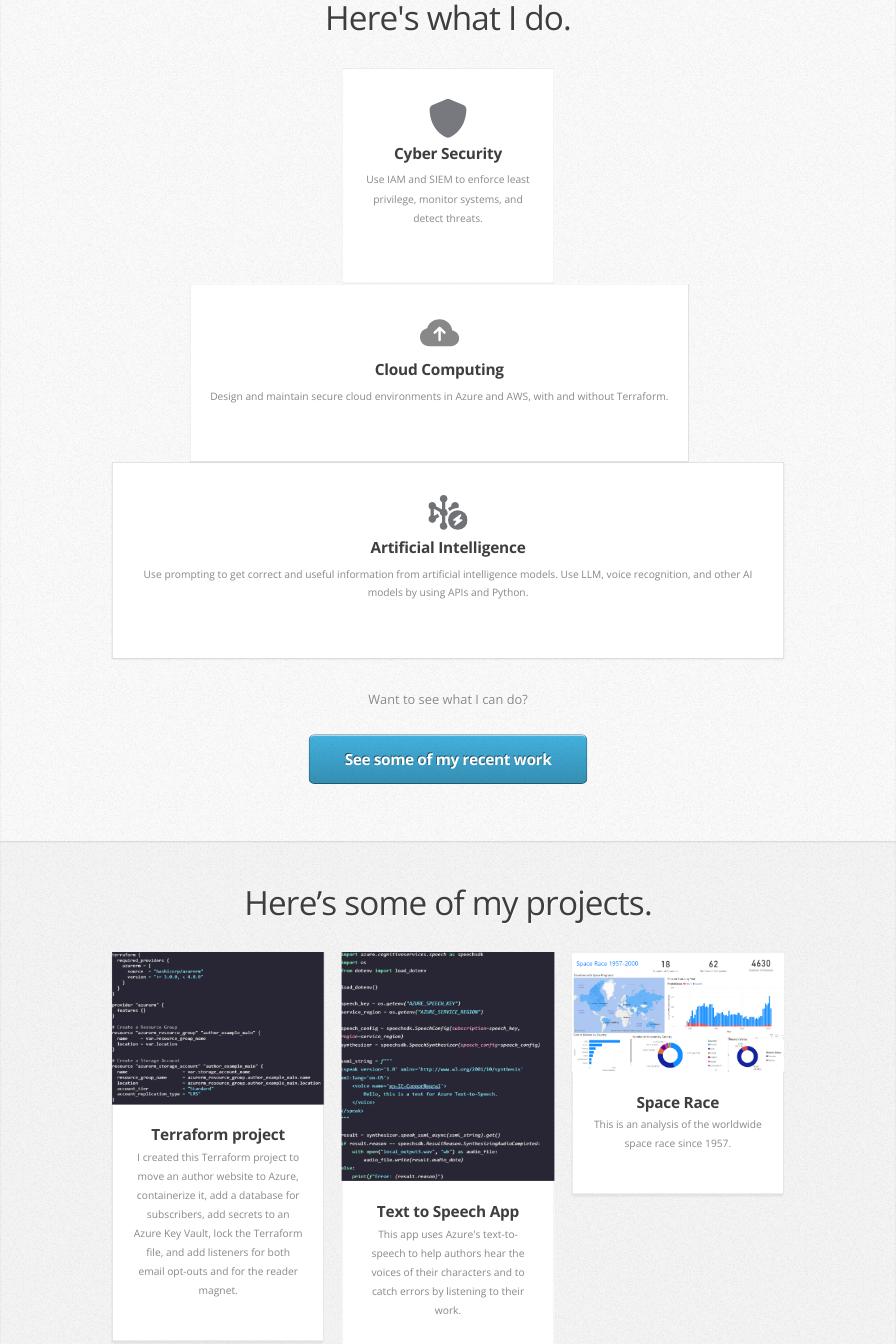
Repository: lauralstephenson/Portfolio_Personal
Page: index.html
The author's editor kept a copy of each file at every save. The page is drawn from the files as they stood at one save, then again after the next save.
The browser window is 1280 px wide. The pictures show the part of the page from y = 700 to 2620 px (the page is 4483 px tall before and 4592 px after), at 70% of full size.

Above is the page before, as saved 2026-04-21 14:23:05.

### index.html
<!DOCTYPE HTML>
<!--
	Miniport by HTML5 UP
	html5up.net | @ajlkn
	Free for personal and commercial use under the CCA 3.0 license (html5up.net/license)
-->

<html lang="en">
	<head>
		<title>Laura Stephenson Cloud Portfolio Webpage</title>
		<meta charset="utf-8">
		<meta name="viewport" content="width=device-width, initial-scale=1">
		<!-- Font Awesome -->
		<link rel="stylesheet" href="https://cdnjs.cloudflare.com/ajax/libs/font-awesome/5.15.4/css/all.min.css">
		<link rel="stylesheet" href="assets/css/main.css">
	</head>
	<body class="is-preload">

		<!-- Nav -->
			<nav id="nav">
				<ul class="container">
					<li><a href="#top">Top</a></li>
					<li><a href="#work">Work</a></li>
					<li><a href="#portfolio">Portfolio</a></li>
					<li><a href="#contact">Contact</a></li>
				</ul>
			</nav>

		<!-- Home -->
			<article id="top" class="wrapper style1">
				<div class="container">
					<div class="row">
						<div class="col-4 col-5-large col-12-medium">
							<span class="image fit"><img src="images/round_cloud_computing.png" alt="" /></span>
						</div>
						<div class="col-8 col-7-large col-12-medium">
							<header>
								<h1>Hi. I'm <strong>Laura Stephenson.</strong></h1>
							</header>
							<p><strong>I'm a cloud and cyber security practitioner, Python coder,
								and machine learning and data scientist.</strong></a></p>
							<a href="#work" class="button large scrolly">Learn about what I do</a>
						</div>
					</div>
				</div>
			</article>

		<!-- Work -->
			<article id="work" class="wrapper style2">
				<div class="container">
					<header>
						<h1>Here's what I do.</h1>
					</header>
					<div class="row aln-center equal-height">
						<div class="col-4 col-6-medium col-12-small">
							<section class="box style1">
								<div class="box-content">
									<svg xmlns="http://www.w3.org/2000/svg" height="56" width="56" viewBox="0 0 512 512">
										<!--!Font Awesome Free 6.7.2 by @fontawesome - https://fontawesome.com License - https://fontawesome.com/license/free Copyright 2025 Fonticons, Inc.-->
										<path fill="#77797e" d="M256 0c4.6 0 9.2 1 13.4 2.9L457.7 82.8c22 9.3 38.4 31 38.3 57.2c-.5 99.2-41.3 280.7-213.6 363.2c-16.7 8-36.1 8-52.8 0C57.3 420.7 16.5 239.2 16 140c-.1-26.2 16.3-47.9 38.3-57.2L242.7 2.9C246.8 1 251.4 0 256 0z"/>
									</svg>
									<h3>Cyber Security</h3>
									<p>Use IAM and SIEM to enforce least privilege, monitor systems, and detect threats.</p>
								</div>
							</section>
						</div>
							<section class="box style1">
								<div class="box-content">
									<svg xmlns="http://www.w3.org/2000/svg"
									width="56" height="56"
									fill="currentColor"
									class="bi bi-cloud-arrow-up-fill"
									viewBox="0 0 16 16">
										<path d="M8 2a5.53 5.53 0 0 0-3.594 1.342c-.766.66-1.321 1.52-1.464 2.383C1.266 6.095 0 7.555 0 9.318 0 11.366 1.708 13 3.781 13h8.906C14.502 13 16 11.57 16 9.773c0-1.636-1.242-2.969-2.834-3.194C12.923 3.999 10.69 2 8 2m2.354 5.146a.5.5 0 0 1-.708.708L8.5 6.707V10.5a.5.5 0 0 1-1 0V6.707L6.354 7.854a.5.5 0 1 1-.708-.708l2-2a.5.5 0 0 1 .708 0z"/>
									</svg>
									<h3>Cloud Computing</h3>
									<p>Design and maintain secure cloud environments in Azure and AWS, with and without Terraform.</p>
								</div>
							</section>
						</div>
						<div class="col-4 col-6-medium col-12-small">
							<section class="box style1">
								<div class="box-content">
									<svg xmlns="http://www.w3.org/2000/svg" height="56" width="56" viewBox="0 0 576 512">
										<!--!Font Awesome Free 6.7.2 by @fontawesome - https://fontawesome.com License - https://fontawesome.com/license/free Copyright 2025 Fonticons, Inc.-->
										<path fill="#6f7276" d="M248 106.6c18.9-9 32-28.3 32-50.6c0-30.9-25.1-56-56-56s-56 25.1-56 56c0 22.3 13.1 41.6 32 50.6l0 98.8c-2.8 1.3-5.5 2.9-8 4.7l-80.1-45.8c1.6-20.8-8.6-41.6-27.9-52.8C57.2 96 23 105.2 7.5 132S1.2 193 28 208.5c1.3 .8 2.6 1.5 4 2.1l0 90.8c-1.3 .6-2.7 1.3-4 2.1C1.2 319-8 353.2 7.5 380S57.2 416 84 400.5c19.3-11.1 29.4-32 27.8-52.8l50.5-28.9c-11.5-11.2-19.9-25.6-23.8-41.7L88 306.1c-2.6-1.8-5.2-3.3-8-4.7l0-90.8c2.8-1.3 5.5-2.9 8-4.7l80.1 45.8c-.1 1.4-.2 2.8-.2 4.3c0 22.3 13.1 41.6 32 50.6l0 98.8c-18.9 9-32 28.3-32 50.6c0 30.9 25.1 56 56 56c30.7 0 55.6-24.7 56-55.2c-7.5-12.9-13.5-26.8-17.6-41.5c-4.2-4-9.1-7.3-14.4-9.9l0-98.8c2.8-1.3 5.5-2.9 8-4.7l10.5 6c5.5-15.3 13.1-29.5 22.4-42.5l-9.1-5.2c.1-1.4 .2-2.8 .2-4.3c0-22.3-13.1-41.6-32-50.6l0-98.8zM440.5 132C425 105.2 390.8 96 364 111.5c-19.3 11.1-29.4 32-27.8 52.8l-50.6 28.9c11.5 11.2 19.9 25.6 23.8 41.7L360 205.9c.4 .3 .8 .6 1.3 .9c21.7-9.5 45.6-14.8 70.8-14.8c2 0 4 0 5.9 .1c12.1-17.3 13.8-40.6 2.6-60.1zM432 512a144 144 0 1 0 0-288 144 144 0 1 0 0 288zm47.9-225c4.3 3.7 5.4 9.9 2.6 14.9L452.4 356l35.6 0c5.2 0 9.8 3.3 11.4 8.2s-.1 10.3-4.2 13.4l-96 72c-4.5 3.4-10.8 3.2-15.1-.6s-5.4-9.9-2.6-14.9L411.6 380 376 380c-5.2 0-9.8-3.3-11.4-8.2s.1-10.3 4.2-13.4l96-72c4.5-3.4 10.8-3.2 15.1 .6z"/>
									</svg>
									<h3>Artificial Intelligence</h3>
									<p>Use prompting to get correct and useful information from artificial intelligence models. Use LLM, voice recognition, and other AI models by using APIs and Python.</p>
								</div>
							</section>
						</div>
					</div>
					<footer>
						<p>Want to see what I can do?</p>
						<a href="#portfolio" class="button large scrolly">See some of my recent work</a>
					</footer>
				</div>
			</article>

		<!-- Portfolio -->
			<article id="portfolio" class="wrapper style3">
				<div class="container">
					<header>
						<h1>Here’s some of my projects.</h1>
					</header>
					<div class="row aln-center equal-height">
						<div class="col-4 col-6-medium col-12-small">
							<article class="box style2">
								<div class="box-content">
									<a href="https://github.com/lauralstephenson/pseudocode_terraform_examples_for_website" class="image featured"><img src="images\terraform_portfolio_pic.png" alt="" /></a>
									<h3><a href="https://github.com/lauralstephenson/pseudocode_terraform_examples_for_website">Terraform project</a></h3>
									<p>I created this Terraform project to move an author website to Azure,
										containerize it, add a database for subscribers, add secrets to an
										Azure Key Vault, lock the Terraform file, and add listeners for both
										email opt-outs and for the reader magnet.
									</p>
								</div>
							</article>
						</div>
						<div class="col-4 col-6-medium col-12-small">
							<article class="box style2">
								<div class="box-content">
									<a href="https://github.com/lauralstephenson/cloud_py_portfolio/tree/main/Text_to_Speech" class="image featured"><img src="images\screenshot_text_to_speech_app.png" alt="" /></a>
									<h3><a href="https://github.com/lauralstephenson/cloud_py_portfolio/tree/main/Text_to_Speech">Text to Speech App</a></h3>
									<p>This app uses Azure's text-to-speech to help authors
										hear the voices of their characters and to catch errors
										by listening to their work.
									</p>
								</div>
							</article>
						</div>
						<div class="col-4 col-6-medium col-12-small">
							<article class="box style2">
								<div class="box-content">
									<a href="https://github.com/lauralstephenson/cloud_py_portfolio/tree/main/Space_Race" class="image featured"><img src="images/space_race.png" alt="" /></a>
									<h3><a href="https://github.com/lauralstephenson/cloud_py_portfolio/tree/main/Space_Race">Space Race</a></h3>
									<p>This is an analysis of the worldwide space race since 1957.</p>
								</div>
							</article>
						</div>
						<div class="col-4 col-6-medium col-12-small">
							<article class="box style2">
								<div class="box-content">
									<a href="https://github.com/lauralstephenson/cloud_py_portfolio/tree/main/Dog_Breed" class="image featured"><img src="images/dog_breed_identification_project.png" alt="" /></a>
									<h3><a href="https://github.com/lauralstephenson/cloud_py_portfolio/tree/main/Dog_Breed">Dog Breed Identification Project</a></h3>
									<p>This is a machine learning project to identify the breeds of dogs in photos.</p>
								</div>
							</article>
						</div>
						<div class="col-4 col-6-medium col-12-small">
							<article class="box style2">
								<div class="box-content">
									<a href="https://github.com/lauralstephenson/cloud_py_portfolio/tree/main/Bulldozer_Price_Regression" class="image featured"><img src="images/bulldozer_price_regression_project.png" alt="" /></a>
									<h3><a href="https://github.com/lauralstephenson/cloud_py_portfolio/tree/main/Bulldozer_Price_Regression">Bulldozer Price Regression Project</a></h3>
									<p>This is a price regression project to predict the price of bulldozers.</p>
								</div>
							</article>
						</div>
						<div class="col-4 col-6-medium col-12-small">
							<article class="box style2">
								<div class="box-content">
									<a href="https://medium.com/@lstephenson556/creating-a-text-to-speech-app-with-azure-a-writers-guide-46cbf42556f0" class="image featured"><img src="images\screenshot_medium_text_to_speech_article.png" alt="" /></a>
									<h3><a href="https://medium.com/@lstephenson556/creating-a-text-to-speech-app-with-azure-a-writers-guide-46cbf42556f0">Medium Article on the Text-to-Speech Project</a></h3>
									<p>This is the article I wrote and published on Medium for my Text-to-Speech app project.</p>
								</div>
							</article>
						</div>
						<div class="col-4 col-6-medium col-12-small">
							<article class="box style2">
								<div class="box-content">
									<a href="https://medium.com/@lstephenson556/moving-a-website-to-azure-using-terraform-an-authors-journey-1ab68dd8db76"
									class="image featured"><img src="images\screenshot_medium_terraform_azure_article.png" alt="" /></a>
									<h3><a href="https://medium.com/@lstephenson556/moving-a-website-to-azure-using-terraform-an-authors-journey-1ab68dd8db76">Medium Article on Moving a Website to Azure Using Terraform Project</a></h3>
									<p>This is the article I wrote and published on Medium for my Terraform Azure project to move a website to Azure.</p>
								</div>
							</article>
						</div>
						<div class="col-4 col-6-medium col-12-small">
							<article class="box style2">
								<div class="box-content">
									<a href="https://medium.com/@lstephenson556/cybersecurity-aspects-of-creating-an-author-website-with-terraform-12f4682b89b7"
									class="image featured"><img src="images/cybersecurity_plan_medium.png" alt="Segment of Medium article about a cybersecurity plan" /></a>
									<h3><a href="https://medium.com/@lstephenson556/cybersecurity-aspects-of-creating-an-author-website-with-terraform-12f4682b89b7">Medium Article on the Cybersecurity Aspects of the Azure Project</a></h3>
									<p>This is the article I wrote and published on Medium about the cybersecurity aspects for my Terraform Azure project to move a website to Azure.</p>
								</div>
							</article>
						</div>
						<div class="col-4 col-6-medium col-12-small">
							<article class="box style2">
								<div class="box-content">
									<a href="Cybersecurity Plan For A Small Author Business.pdf"
									class="image featured"><img src="images/cybersecurity_plan.png" alt="Snap of Cybersecurity Plan" /></a>
									<h3><a href="Cybersecurity Plan For A Small Author Business.pdf">Cybersecurity Plan for an Author's Small Business</a></h3>
									<p>This is a cybersecurity plan I developed and implemented for a small author website.</p>
								</div>
							</article>
						</div>
					</div>
					<footer>
						<p>Want to learn more?</p>
						<a href="mailto:laurastephensoncareer@gmail.com" class="button large scrolly">Get in touch with me</a>
					</footer>
				</div>
			</article>

		<!-- Contact
			<article id="contact" class="wrapper style4">
				<div class="container medium">
					<header>
						<h2>Let me build for you.</h2>
						<p>Contact me.</p>
					</header>
					<div class="row">
						<div class="col-12">
							<form method="post" action="https://<your-function-app-name>.azurewebsites.net/api/send-email">
								<div class="row">
									<div class="col-6 col-12-small">
										<input type="text" name="name" id="name" placeholder="Name" />
									</div>
									<div class="col-6 col-12-small">
										<input type="text" name="email" id="email" placeholder="Email" />
									</div>
									<div class="col-12">
										<input type="text" name="subject" id="subject" placeholder="Subject" />
									</div>
									<div class="col-12">
										<textarea name="message" id="message" placeholder="Message"></textarea>
									</div>
									<div class="col-12">
										<ul class="actions">
											<li><input type="submit" value="Send Message" /></li>
											<li><input type="reset" value="Clear Form" class="alt" /></li>
										</ul>
									</div>
								</div>
							</form>
						</div -->

						<div class="col-12 center-content footer-custom">
							<hr />
							<p class="find-me-on">Find me on...</p>
							<div class="footer-custom">
								<ul class="social">
									<li><a href="https://www.linkedin.com/in/laurastephenson82/">
										<i class="fab fa-linkedin"></i></a></li>
									<li><a href="https://github.com/lauralstephenson/">
										<i class="fab fa-github"></i></a></li>
									<li><a href="mailto:laurastephensoncareer@gmail.com">
										<i class="fas fa-envelope"></i></a></li>
								</ul>
							</div>
							<hr />
						</div>



						<footer>
							<div class="footer-custom">
								<ul id="copyright">
									<li>&copy; Laura Stephenson © 2024. All rights reserved.</li>
									<li>Design: <a href="http://html5up.net">HTML5 UP</a></li>
								</ul>
						</footer>

			<!--
								<li><a href="#" class="icon brands fa-twitter"><span class="label">Twitter</span></a></li>
								<li><a href="#" class="icon brands fa-tumblr"><span class="label">Tumblr</span></a></li>
								<li><a href="#" class="icon solid fa-rss"><span>RSS</span></a></li>
								<li><a href="#" class="icon brands fa-instagram"><span>Instagram</span></a></li>
								<li><a href="#" class="icon brands fa-foursquare"><span>Foursquare</span></a></li>
								<li><a href="#" class="icon brands fa-skype"><span>Skype</span></a></li>
								<li><a href="#" class="icon brands fa-soundcloud"><span>Soundcloud</span></a></li>
								<li><a href="#" class="icon brands fa-youtube"><span>YouTube</span></a></li>
								<li><a href="#" class="icon brands fa-blogger"><span>Blogger</span></a></li>
								<li><a href="#" class="icon brands fa-flickr"><span>Flickr</span></a></li>
								<li><a href="#" class="icon brands fa-vimeo"><span>Vimeo</span></a></li>
								-->

		<!-- Scripts -->
			<script src="assets/js/jquery.min.js"></script>
			<script src="assets/js/jquery.scrolly.min.js"></script>
			<script src="assets/js/browser.min.js"></script>
			<script src="assets/js/breakpoints.min.js"></script>
			<script src="assets/js/util.js"></script>
			<script src="assets/js/main.js"></script>

	</body>
</html>

Loaded but not shown: assets/js/jquery.min.js (library); assets/js/jquery.scrolly.min.js (common file); assets/js/browser.min.js (common file); assets/js/breakpoints.min.js (common file); assets/js/util.js (587 lines, source omitted); assets/js/main.js (34 lines, source omitted); assets/css/main.css (2549 lines, source omitted)

After the next save:
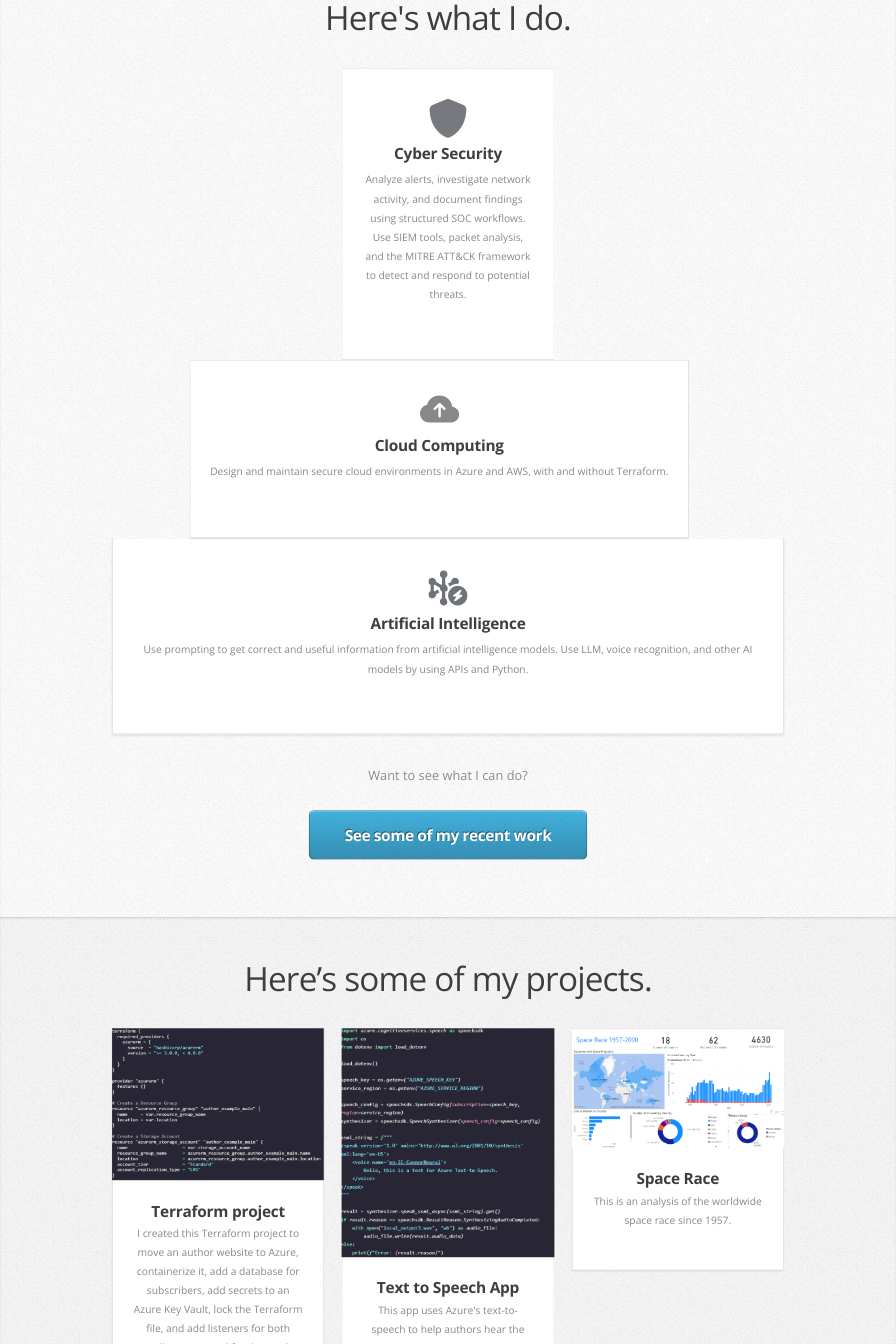
Saved 95 s later.
--- a/index.html
+++ b/index.html
@@ -60,7 +60,7 @@
 										<path fill="#77797e" d="M256 0c4.6 0 9.2 1 13.4 2.9L457.7 82.8c22 9.3 38.4 31 38.3 57.2c-.5 99.2-41.3 280.7-213.6 363.2c-16.7 8-36.1 8-52.8 0C57.3 420.7 16.5 239.2 16 140c-.1-26.2 16.3-47.9 38.3-57.2L242.7 2.9C246.8 1 251.4 0 256 0z"/>
 									</svg>
 									<h3>Cyber Security</h3>
-									<p>Use IAM and SIEM to enforce least privilege, monitor systems, and detect threats.</p>
+									<p>Analyze alerts, investigate network activity, and document findings using structured SOC workflows. Use SIEM tools, packet analysis, and the MITRE ATT&CK framework to detect and respond to potential threats.</p>
 								</div>
 							</section>
 						</div>
